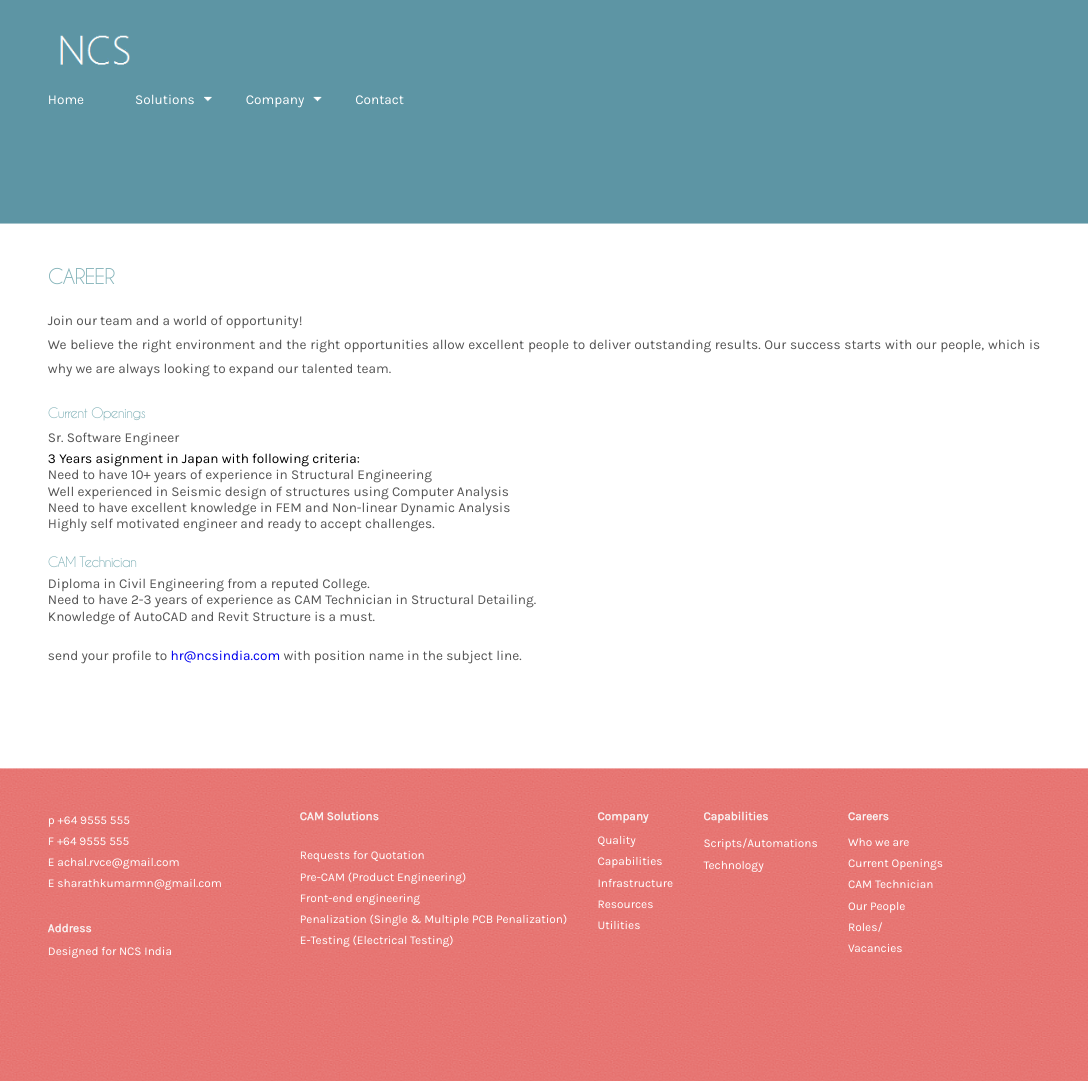
Repository: achalbi/NCS_demo
Page: public/Career.html
The author's editor kept a record of every edit. The page is drawn from the files as they stood at one moment, then again after the next edit.
The browser window is 1280 px wide. The pictures show the whole page, at 85% of full size.

Above is the page before.

### public/Career.html
<!--A Design by W3layouts
Author: W3layout
Author URL: http://w3layouts.com
License: Creative Commons Attribution 3.0 Unported
License URL: http://creativecommons.org/licenses/by/3.0/
-->
<!DOCTYPE HTML>
<html>
<head>
<title>NCS India | Career</title>
<meta http-equiv="Content-Type" content="text/html; charset=utf-8" />
<meta name="viewport" content="width=device-width, initial-scale=1, maximum-scale=1">
<link href='http://fonts.googleapis.com/css?family=Karla' rel='stylesheet' type='text/css'>
<link href="css/style.css" rel="stylesheet" type="text/css" media="all" />
<script src="js/jquery.min.js"></script>
</head>
<body>
<!-- start header -->
<div class="header_bg1">
<div class="wrap">
<div class="wrapper">
	<div class="logo">
		<a href="index.html"><img src="images/logo.png" alt=""/> </a>
	</div>
	<div class="menu">
		<a class="toggleMenu" href="#">Menu</a>
		<ul class="nav">
			<li><a href="index.html">Home</a></li>
			<li><a href="#">Solutions</a>
				<ul>
					<li><a href="CAM_Solutions.html">CAM </a></li>
					<li><a href="Software_Solutions.html">Software </a></li>
					<li><a href="Engineering_Solutions.html">Engineering </a></li>
				</ul>
			</li>
			<li><a href="#">Company</a>
				<ul>
					<li><a href="Quality.html">Quality</a></li>
					<li><a href="Career.html">Career</a></li>
					<li><a href="Capabilities.html">Capabilities</a></li>
				</ul>
			</li>
			<li><a href="contact.html">Contact</a></li>
		</ul>
		</div>
		<div class="clear"></div>
	 <script type="text/javascript" src="js/script.js"></script>
	<div class="clear"></div>
</div>
</div>
</div>
<!-- start content -->
<div class="content_bg">
<div class="wrap">
<div class="wrapper">
	<div class="main">
	  <h2 class="style1">CAREER</h2>
		<p class="para1">
        Join our team and a world of opportunity!<br>
        We believe the right environment and the right opportunities allow excellent people to deliver outstanding results. Our success starts with our people, which is why we are always looking to expand our talented team.
         </p>

        <p class="para1"><span class= "style1_sub"> Current Openings</span><br>
        <strong>Sr. Software Engineer</strong><br>
<ul class="para1">3 Years asignment in Japan with following criteria:
<li style="color: #555555;">Need to have 10+ years of experience in Structural Engineering</li>
<li style="color: #555555;">Well experienced in Seismic design of structures using Computer Analysis</li>
<li style="color: #555555;">Need to have excellent knowledge in FEM and Non-linear Dynamic Analysis</li>
<li style="color: #555555;">Highly self motivated engineer and ready to accept challenges.</li>
</ul>
        </p>

          <p class="para1"><span class= "style1_sub"> CAM Technician</span><br>
<ul class="para1">
<li style="color: #555555;">Diploma in Civil Engineering from a reputed College.</li>
<li style="color: #555555;">Need to have 2-3 years of experience as CAM Technician in Structural Detailing.</li>
<li style="color: #555555;">Knowledge of AutoCAD and Revit Structure is a must.</li>
</ul>
        </p>
     <p class="para1">send your profile to <a href="mailto:hr@ncsindia.co">hr@ncsindia.com</a> with position name in the subject line.</p>
    </div>
</div>
</div>
</div>
<!-- start footer -->
<div class="footer_bg">
<div class="wrap">
<div class="wrapper">
<div class="clear">
	<div class="f_grid">
		<div class="grid1_of_1">
			<div class="address">
				<p>p +64 9555 555</p>
				<p>F +64 9555 555</p>
				<p>E <a href="">achal.rvce@gmail.com</a> </p>
				<p>E <a href="">sharathkumarmn@gmail.com</a> </p>
				<h3 class="top">Address</h3>
				<p class="top">Designed for <a href="http://www.ncs-india.com/"> NCS India</a></p>
			</div>
		</div>
		<div class="grid1_of_2">
			<div class="f_grid2 left">
				<h3>CAM Solutions</h3>
				<ul class="f_nav">
					<li><a href="">Requests for Quotation </a></li>
					<li><a href="">Pre-CAM (Product Engineering) </a></li>
					<li><a href="">Front-end engineering</a></li>
					<li><a href="">Penalization (Single & Multiple PCB Penalization)</a></li>
					<li><a href="">E-Testing (Electrical Testing)</a></li>
				</ul>
			</div>
			<div class="f_grid2 left">
			<h3>Company</h3>
			<ul class="f_nav">
				<li><a href="">Quality</a></li>
				<li><a href="">Capabilities</a></li>
				<li><a href="">Infrastructure</a></li>
				<li><a href="">Resources</a></li>
				<li><a href="">Utilities</a></li>
			</ul>
			</div>
			<div class="f_grid2 left hide">
			<h3>Capabilities</h3>
			<ul class="f_nav">
				<li><a href="">Scripts/Automations</a></li>
				<li><a href="">Technology</a></li>
			</ul>
			</div>
			<div class="f_grid2 left hide">
			<h3>Careers</h3>
			<ul class="f_nav">
				<li><a href="">Who we are</a></li>
				<li><a href="">Current Openings</a></li>
				<li><a href="">CAM Technician</a></li>
				<li><a href="">Our People</a></li>
				<li><a href="">Roles/</a></li>
				<li><a href="">Vacancies</a></li>
			</ul>
			</div>
		</div>
		<div class="clear"></div>
	</div>
	</div>
</div>
</div>
</div>
</body>
</html>

### public/css/style.css
/*
Author: W3layout
Author URL: http://w3layouts.com
License: Creative Commons Attribution 3.0 Unported
License URL: http://creativecommons.org/licenses/by/3.0/
*/
/* reset */
html,body,div,span,applet,object,iframe,h1,h2,h3,h4,h5,h6,p,blockquote,pre,a,abbr,acronym,address,big,cite,code,del,dfn,em,img,ins,kbd,q,s,samp,small,strike,strong,sub,sup,tt,var,b,u,i,dl,dt,dd,ol,nav ul,nav li,fieldset,form,label,legend,table,caption,tbody,tfoot,thead,tr,th,td,article,aside,canvas,details,embed,figure,figcaption,footer,header,hgroup,menu,nav,output,ruby,section,summary,time,mark,audio,video{margin:0;padding:0;border:0;font-size:100%;font:inherit;vertical-align:baseline;}
article, aside, details, figcaption, figure,footer, header, hgroup, menu, nav, section {display: block;}
ol,ul{list-style:none;margin:0;padding:0;}
blockquote,q{quotes:none;}
blockquote:before,blockquote:after,q:before,q:after{content:'';content:none;}
table{border-collapse:collapse;border-spacing:0;}
/* start editing from here */
a{text-decoration:none;}
.txt-rt{text-align:right;}/* text align right */
.txt-lt{text-align:left;}/* text align left */
.txt-center{text-align:center;}/* text align center */
.float-rt{float:right;}/* float right */
.float-lt{float:left;}/* float left */
.clear{clear:both;}/* clear float */
.pos-relative{position:relative;}/* Position Relative */
.pos-absolute{position:absolute;}/* Position Absolute */
.vertical-base{	vertical-align:baseline;}/* vertical align baseline */
.vertical-top{	vertical-align:top;}/* vertical align top */
.underline{	padding-bottom:5px;	border-bottom: 1px solid #eee; margin:0 0 20px 0;}/* Add 5px bottom padding and a underline */
nav.vertical ul li{	display:block;}/* vertical menu */
nav.horizontal ul li{	display: inline-block;}/* horizontal menu */
img{max-width:100%;}
/*end reset*/
@font-face {
      font-family: 'caviar_dreamsregular';
      src: url(../fonts/CaviarDreams-webfont.ttf) format('truetype');
}
body {
	font-family: 'Karla', sans-serif;
	font-size: 100%;
	background: #ffffff;
}
.wrap{
	margin:0 auto;
	width:80%;
}
.wrapper{
	padding:2% 6%;
}
/* start header */
.header_bg{
	background: url('../images/bg.jpg') no-repeat;
}
.logo {
	position: absolute;
	top: 10px;
	left: 10px;
}
/* start menu */
.menu{
	float: left;
	margin-left: -40px;
}
.toggleMenu {
    display:  none;
    background: rgba(29, 82, 99, 0.22);
    padding: 10px 15px;
    width: 100%;
    color: #fff;
}
.nav {
    list-style: none;
     *zoom: 1;
}
.nav:before,
.nav:after {
    content: " ";
    display: table;
}
.nav:after {
    clear: both;
}
.nav ul {
    list-style: none;
    width: 9em;
}
.nav li a {
  padding: 10px 20px 10px 40px;
    color:#fff;
    font-size: 16px;
}
.nav li {
    position: relative;
}
.nav > li {
    float: left;
}
.nav > li > .parent {
    background-image: url("../images/down_arrow.png");
    background-repeat: no-repeat;
    background-position: right;
}
.nav > li > a {
    display: block;
}
.nav > li > a:hover{
	color: rgb(241, 241, 241);
}
.nav li  ul {
    position: absolute;
    left: -9999px;
}
.nav > li.hover > ul {
    left: 40px;
}
.nav li li.hover ul {
    left: 100%;
    top: 0;
    -webkit-transition: background .2s linear;
	-moz-transition: background .2s linear;
	-ms-transition: background .2s linear;
	-o-transition:  background .2s linear;
	transition: background .2s linear;
}
.nav li li a {
	padding: 10px;
	display: block;
	color: rgba(255, 255, 255, 0.81);
	background: rgba(255, 255, 255, 0.16);
	position: relative;
	z-index: 100;
	border-top: 1px solid rgba(233, 233, 233, 0.09);
	-webkit-transition: all 0.3s ease-out;
	-moz-transition: all 0.3s ease-out;
	-ms-transition: all 0.3s ease-out;
	-o-transition: all 0.3s ease-out;
	transition: all 0.3s ease-out;
}
.nav li li li a {
    background:#249578;
    z-index:200;
    border-top: 1px solid #1d7a62;
}
.nav li li a:hover{
	background: #f6f6f6;
	color: #4D8194;
}


@media screen and (max-width: 768px) {
	.logo{
		float: none;
	}
	.menu{
		float: none;
		margin-left: 0;
	}
	.nav {
		background: rgba(255, 255, 255, 0.22);
	}
    .active {
        display: block;
    }
    .nav > li {
        float: none;
    }
    .nav > li > .parent {
        background-position: 95% 50%;
    }
    .nav li li .parent {
        background-image: url("images/downArrow.png");
        background-repeat: no-repeat;
        background-position: 95% 50%;
    }
    .nav ul {
        display: block;
        width: 100%;
    }
   .nav > li.hover > ul , .nav li li.hover ul {
        position: static;
    }
}
/* start banner_text */
.banner{
	width: 42%;
	margin: 8% 0 44%;
}
h2.style{
	font-family: 'caviar_dreamsregular';
	font-size: 3.0em;
	color: #ffffff;
	text-shadow: 0 1px 0 rgb(34, 55, 60);
	line-height: 1.2em;

}
p.para{
	margin-top:4%;
	font-family: 'caviar_dreamsregular';
	font-size: 1em;
	color: #fff;
	text-shadow: 0 1px 0 rgb(152, 153, 153);
	line-height: 1.8em;
}
/* start main */
.mait_bg{
	background: #ffffff;
}
.main{
	margin: 2% 0 8%;
}
h3.style{
	font-size:1.5em;
	color:#FE9E2E;
}
h4.style{
	font-size:1.6em;
	color:#FE9E2E;
}
p.para1{
	margin-top:2%;
	font-size:1em;
	color: #555555;
	line-height: 1.8em;
	text-align: justify;
    text-justify: inter-word;
}
/* Circular Content Carousel Style */
.ca-container{
	position: relative;
	width: 100%;
	height: 350px;
}
.ca-wrapper{
	width:100%;
	height:100%;
	position:relative;
}
.ca-item{
	position:relative;
	float:left;
	width:100%;
	height:100%;
	text-align:center;
}
.ca-close{
	position:absolute;
	top:10px;
	right:10px;
	background:url(../images/cross.png) no-repeat center center;
	width:27px;
	height:27px;
	text-indent:-9000px;
	outline:none;
	opacity:0.7;
}
.ca-close:hover{
	opacity:1.0;
}
.ca-item-main{
	position: absolute;
	top: 0px;
	left: 0px;
	overflow: hidden;
}
.ca-item h4{
	position: relative;
	color: #999;
	margin: 0.8em 0;
	line-height: 1.8em;
	font-weight: 300;
	font-size: 0.75em;
}
.ca-item h4 span{
	display: block;
}
.ca-item h4  span.quote{
	margin: 2% 0 0 26%;
}
.ca-nav span{
	width:35px;
	height:35px;
	background:#FF992B url(../images/arrows.png) no-repeat top left;
	position:absolute;
	top:84%;
	left:76%;
	text-indent:-9000px;
	cursor:pointer;
	z-index:100;
}
.ca-nav span.ca-nav-next{
	background-position:top right;
	left:auto;
	right:4px;
}
.ca-nav span:hover{
	opacity:1.0;
}
/* start span_1_of_2 */
.span1_of_1{
	width: 26.333%;
	float:left;
	border-right: 1px solid rgb(231, 231, 231);
}
.span1_of_1.left{
	padding-right: 4%;
}
.span1_of_2{
	width: 64.333%;
	float:left;
	padding-left: 4%;
}
.span1_of_1 span{
	color: #FE9E2E;
	font-size: 2em;
	line-height: 1.4em;
	text-align: left;
}
.span1_of_1 span.left{
	margin-left: 50%;
}
/* start footer */
.footer_bg{
	background: url('../images/ftr_bg.png');
}
.f_grid{
	display: block;
	margin: 2% 0 10%;
}
.grid1_of_1{
	float: left;
	width: 24.3333%;
}
.grid1_of_2{
	float: left;
	width: 74.3333%;
}
.address p{
	color: #ffffff;
	font-size:0.8725em;
	line-height: 1.8em;
}
.address p a{
	color: #ffffff;
	margin-top: 10px;
}
.address h3{
	font-size:14px;
	color: #ffffff;
	-webkit-text-stroke: 0.4px;
	-webkit-text-stroke-color: #f6f6f6;
}
.address h3.top{
	margin-top: 12%;
}
.address p.top{
	margin-top: 2%;
}
.address p a:hover{
	color: rgb(241, 241, 241);
}
.f_grid2 {
	float: left;
}
.f_grid2.left{
	margin-left: 8%;
}
.f_grid2 h3{
	font-size: 14px;
	color: #ffffff;
	-webkit-text-stroke: 0.4px;
	-webkit-text-stroke-color: #f6f6f6;
}
.f_nav{
	margin-top: 8%;
}
.f_nav li a{
	color: #ffffff;
	font-size:0.8725em;
	line-height: 1.8em;
}
.f_nav li a:hover{
	color: rgb(241, 241, 241);
}
/* start commercial */
.header_bg1{
	background: #5D95A4;
	padding: 0% 0 8%;
}
.commercial{
	margin: 6% 0;
}
/*  GRID OF THREE */
.grid_1_of_3{
	display: block;
	margin-left: 4%;
}
.grid_1_of_3:first-child {
	margin-left: 0;
}
.images_1_of_3 {
	float:left;
	width:30.333%;
}
.images_1_of_3  img {
	margin: 10% 0 6%;
}
.images_1_of_3 img {
	box-shadow: 0px 40px 20px -40px rgb(133, 133, 133);
	-webkit-box-shadow: 0px 40px 20px -40px rgb(133, 133, 133);
	-moz-box-shadow: 0px 40px 20px -40px rgb(133, 133, 133);
	-o-box-shadow: 0px 40px 20px -40px rgb(133, 133, 133);
}
h2.style1{
	font-family: 'caviar_dreamsregular';
	font-size:1.5em;
	color: #84B3B9;
	text-shadow: 0 1px 0 rgb(255, 255, 255);
	line-height: 1.2em;
	letter-spacing: -1px;
}
.style1_sub{
	font-family: 'caviar_dreamsregular';
	font-size:1em;
	color: #84B3B9;
	text-shadow: 0 1px 0 rgb(255, 255, 255);
	line-height: 1.2em;
	letter-spacing: -1px;
}
.images_1_of_3 p{
	margin-top: 4%;
}
.rd_more{
	margin-top: 8%;
}
.btn {
	border: none;
	font-family: inherit;
	font-size: inherit;
	color: inherit;
	background: none;
	cursor: pointer;
	padding: 25px 80px;
	display: inline-block;
	text-transform: uppercase;
	outline: none;
	position: relative;
	-webkit-transition: all 0.3s;
	-moz-transition: all 0.3s;
	transition: all 0.3s;
}
.btn:after {
	content: '';
	position: absolute;
	z-index: -1;
	-webkit-transition: all 0.3s;
	-moz-transition: all 0.3s;
	transition: all 0.3s;
}
/* Button 1 */
.btn-1 {
	border: 1px solid #84B3B9;
	color: #84B3B9;
}
/* Button 1a */
.btn-1a:hover,.btn-1a:active {
	color: #ffffff;
	background: #84B3B9;
}

/* start industrail */
.listimg{
	display: block;
}
.listview_1_of_2{
	margin: 6% 0;
}
.listimg_2_of_1 {
	float:left;
	width: 38.33333%;
	margin-right: 4.33333%;
}
.list_2_of_1 {
	float:left;
	width: 56.33333%;
}
.listimg_2_of_1 img{
	margin-top: 2%;
}
.images_1_of_2  img {
	max-width:100%;
	display:block;
}
.list_2_of_1 h3 span{
	color: #80B88C;
}
.rd_more1{
	margin-top: 3%;
}
/*gallery*/
.gallery{
	margin-top: 4%;
}
.gallery h2{
	margin-bottom: 4%;
}
.lb-album{
	display:block;
}
.lb-album.top{
	margin-top: 6%;
}
.lb-album li{
	float: left;
	width: 21.333%;
	margin:0 0 4% 4%;
	position: relative;
}
.lb-album li:first-child{
	margin-left:0;
}
.lb-album li > a,
.lb-album li > a img{
	display: block;
}
.lb-album li > a{
	position: relative;
}
.lb-album li > a span{
	position: absolute;
	bottom:70px;
	left:110px;
	width:36px;
	height:36px;
	opacity: 0;
	-webkit-transition: opacity 0.3s linear;
	-moz-transition: opacity 0.3s linear;
	-o-transition: opacity 0.3s linear;
	-ms-transition: opacity 0.3s linear;
	transition: opacity 0.3s linear;
}
.lb-album li > a img:hover{
	opacity:0.6;
}
.lb-album li > a:hover span{
	opacity:1;
	background:url(../images/zoom.png) no-repeat;
	filter: alpha(opacity=99); /* internet explorer */
    -ms-filter:"progid:DXImageTransform.Microsoft.Alpha(opacity=99)"; /*IE8*/
}
.lb-overlay{
	width: 0px;
	height: 0px;
	position: fixed;
	overflow: hidden;
	left: 0px;
	top: 0px;
	padding: 0px;
	z-index: 99;
	text-align: center;
	background:rgba(24, 23, 23, 0.91);
}
.lb-overlay a.lb-close{
	background: rgba(27,54,81,0.8);
	z-index: 1001;
	position: absolute;
	right: 29%;
	top: 6%;
	width: 36px;
	height: 36px;
	background:url('../images/close.png') no-repeat;
	overflow: hidden;
	opacity: 0;
	filter: alpha(opacity=0); /* internet explorer */
    -ms-filter:"progid:DXImageTransform.Microsoft.Alpha(opacity=0)";
	-webkit-transition: opacity 0.3s linear 1.2s;
	-moz-transition: opacity 0.3s linear 1.2s;
	-o-transition: opacity 0.3s linear 1.2s;
	-ms-transition: opacity 0.3s linear 1.2s;
	transition: opacity 0.3s linear 1.2s;
}
.lb-overlay img{
	position: relative;
}
.lb-overlay:target {
	width: auto;
	height: auto;
	bottom: 0px;
	right: 0px;
	padding: 80px 100px 120px 100px;
}
.lb-overlay:target img {
	-webkit-animation: scaleDown 1.2s ease-in-out;
	-moz-animation: scaleDown 1.2s ease-in-out;
	-o-animation: scaleDown 1.2s ease-in-out;
	-ms-animation: scaleDown 1.2s ease-in-out;
	animation: scaleDown 1.2s ease-in-out;
}
.lb-overlay:target a.lb-close,
.lb-overlay:target > div{
	opacity: 1;
	filter: alpha(opacity=99); /* internet explorer */
    -ms-filter:"progid:DXImageTransform.Microsoft.Alpha(opacity=99)"; /*IE8*/
}
@-webkit-keyframes scaleDown {
  0% { -webkit-transform: scale(10,10); opacity: 0; }
  100% { -webkit-transform: scale(1,1); opacity: 1; }
}
@-moz-keyframes scaleDown {
  0% { -moz-transform: scale(10,10); opacity: 0; }
  100% { -moz-transform: scale(1,1); opacity: 1; }
}
@-o-keyframes scaleDown {
  0% { -o-transform: scale(10,10); opacity: 0; }
  100% { -o-transform: scale(1,1); opacity: 1; }
}
@-ms-keyframes scaleDown {
  0% { -ms-transform: scale(10,10); opacity: 0; }
  100% { -ms-transform: scale(1,1); opacity: 1; }
}
@keyframes scaleDown {
  0% { transform: scale(10,10); opacity: 0; }
  100% { transform: scale(1,1); opacity: 1; }
}
x:-o-prefocus, .lb-overlay img {
    height: 100%;
}
/*start Contact*/
.contact{
	display: block;
}
.contact_info{
	float: right;
	width: 64.33333%;
}
.map {
	margin-top: 4%;
}
.company_address {
	float: left;
	margin-right: 3%;
	width: 32.3333%;
}
.span_1_of_2 h2{
	margin-bottom: 0.5em;
}
.contact-form{
	position:relative;
	margin-top: 2%;
}
.contact-form div{
	padding:8px 0;
}
.contact-form span label{
	color: #555555;
	display:block;
	font-size: 0.8725em;
	padding-bottom:5px;
}
.company_address p{
	padding:2px 0;
	font-size: 1em;
	color: #555555;
	line-height: 1.8em;
}
.company_address p span{
	color: #84B3B9;
	cursor:pointer;
}
.company_address p span:hover{
	color: #555555;
	-webkit-transition:0.5s;
	-moz-transition:0.5s;
	-o-transition:0.5s;
	transition:0.5s;
}
.contact-form form{
	margin-top: 10px;
}
.contact-form input[type="text"],.contact-form textarea{
	font-family: 'Karla', sans-serif;
	font-size: 0.8725em;
	color: #555555;
	padding:12px 8px;
	display: block;
	width: 98%;
	background: #FFFFFF;
	border: 1px solid rgba(226, 226, 226, 1);
	outline: none;
	-webkit-appearance: none;
}
.contact-form textarea{
	resize:none;
	height:120px;
}
.contact-form input[type="text"]:focus,.contact-form textarea:focus{
	-webkit-transition:0.9s;
	-o-transition:0.9s;
	-moz-transition:0.9s;
	transition:0.9s;
	box-shadow: 0px 0px 1px rgba(154, 153, 162, 0.69);
	-webkit-box-shadow:0px 0px 1px rgba(154, 153, 162, 0.69);
	-moz-box-shadow0px 0px 1px rgba(154, 153, 162, 0.69);
	-o-box-shadow: 0px 0px 1px rgba(154, 153, 162, 0.69);
}
.contact-form input[type="submit"]{
	font-size:1em;
	border: 1px solid #84B3B9;
	color: #84B3B9;
	font-family: inherit;
	cursor: pointer;
	padding: 25px 80px;
	display: inline-block;
	text-transform: uppercase;
	outline: none;
	position: relative;
	-webkit-transition: all 0.3s;
	-moz-transition: all 0.3s;
	transition: all 0.3s;
	background: none;
	outline: none;
}
.contact-form input[type="submit"]:hover{
	color: #ffffff;
	background: #84B3B9;
}
/* start details*/
.det_pic{
	margin: 2% 0;
}

/***** Media Quries *****/
@media only screen and (max-width: 1366px) {
	.wrap{
		width:95%;
	}
	.banner {
		width: 45%;
	}
	.ca-nav span {
		width: 34px;
		height: 34px;
		left: 75%;
	}
	.f_grid2.left {
		margin-left: 6%;
	}
	.grid1_of_1 {
		width: 22.3333%;
	}
	.grid1_of_2 {
		width: 76.3333%;
	}
}
@media only screen and (max-width: 1280px) {
	.wrap{
		width:95%;
	}
	.wrapper{
		padding: 2% 2%;
	}
	.banner {
		width: 50%;
	}
	.ca-nav span {
		width: 34px;
		height: 34px;
		left: 74%;
	}
	.f_grid2.left {
		margin-left: 4%;
	}
	.logo{
		position: inherit;
	}
}
@media only screen and (max-width: 1024px) {
	.wrap{
		width:95%;
	}
	.logo {
		position: inherit;
		top: 0px;
		left:0px;
		text-align: left;
	}
	.banner {
		width: 66%;
	}
	.f_grid2.left {
		margin-left: 2%;
	}
	.nav li a {
		padding: 10px 20px 10px 30px;
	}
	.ca-nav span {
		left: 64%;
		top: 100%;
	}
}
@media only screen and (max-width: 800px) {
	.wrap{
		width:95%;
	}
	.banner {
		width: 74%;
	}
	h2.style1 {
		font-size: 1.5em;

	}
	.btn {
		padding: 20px 60px;
	}
}
@media only screen and (max-width: 640px){
	.wrap{
		width:95%;
	}
	.span1_of_1 {
		width: 99.333%;
		float: none;
		border-right: none;
	}
	.span1_of_2{
		width: 99.333%;
		float: none;
		padding-left: 0;
	}
	.ca-nav span {
		left: 86%;
		top: 74%;
	}
	.ca-container {
		height: 220px;
	}
	.address h3.top {
		margin-top: 2%;
	}
	.f_grid2.left {
		margin-left: 4%;
	}
	.grid1_of_1 {
		width: 30.3333%;
	}
	.grid1_of_2 {
		float:none;
		width: 99.3333%;
	}
	.hide{
		display: none;
	}
	.menu{
		margin-left: 0;
	}
	.toggleMenu {
	    width: 95%;
	    margin: 0 auto;
	}
	.logo {
		text-align: center;
	}
	.toggleMenu {
		background: rgba(29, 82, 99, 0.22);
	}
	.nav {
		background: rgba(255, 255, 255, 0.22);
	}
	.banner {
		width: 82%;
	}
	.images_1_of_3 {
		float: none;
		width: 99.333%;
		margin-top: 4%;
	}
	.grid_1_of_3 {
		display: block;
		margin-left: 0%;
	}
	.listimg_2_of_1 {
		float: none;
		width: 99.33333%;
		margin-right: 0%;
	}
	.list_2_of_1 {
		float: none;
		width: 99.33333%;
	}
	.company_address {
		float: none;
		margin-right: 0%;
		width: 99.3333%;
	}
	.contact_info {
		float: none;
		width: 99.33333%;
	}
	.rd_more {
		margin-top: 4%;
	}
	.images_1_of_3 img {
		margin: 0% 0 0%;
	}
}
@media only screen and (max-width: 480px) {
	.wrap{
		width:95%;
	}
	.banner {
		width: 99%;
	}
	.ca-nav span {
		left: 83%;
	}
	.grid1_of_1{
		float: none;
		width:100%;
	}
	.grid1_of_2{
		float: none;
		width:100%;
	}
	.f_grid2{
		float:none;
	}
	.f_grid2.left{
		margin: 4% 0% 0 0;
	}
	.f_nav {
		margin-top: 2%;
	}
	.toggleMenu {
	    width: 92%;
	 }
	 h2.style {
		font-size: 2.5em;

	}
	.lb-album li {
		width: 45.333%;
		padding: 2%;
		margin: 0 0 4% 0%;
	}
}
@media only screen and (max-width: 320px) {
	.wrap{
		width:95%;
	}
	.toggleMenu {
	    width: 90%;
	 }
	 .ca-nav span {
		left: 75%;
		top: 100%;
	}
	.ca-container {
		height: 220px;
	}
	.span1_of_2 {
		margin-top: 20%;
	}
	 h2.style {
		font-size: 2em;
	}
}

Loaded but not shown: public/js/jquery.min.js (library); public/js/script.js (49 lines, source omitted)

After the next edit:
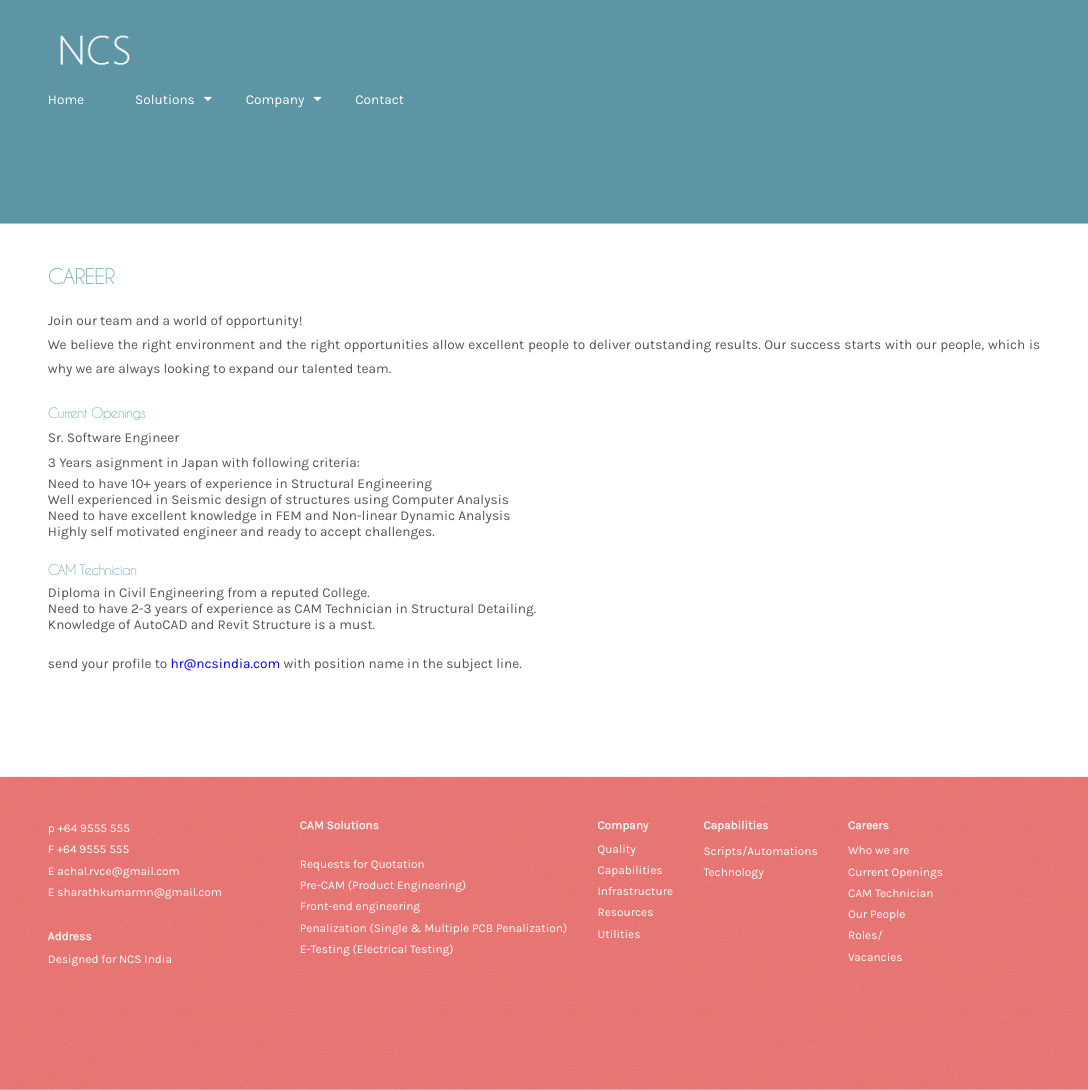
The edit:
--- a/public/Career.html
+++ b/public/Career.html
@@ -62,7 +62,10 @@
 
         <p class="para1"><span class= "style1_sub"> Current Openings</span><br>
         <strong>Sr. Software Engineer</strong><br>
-<ul class="para1">3 Years asignment in Japan with following criteria:
+
+        	3 Years asignment in Japan with following criteria:
+        </p>
+<ul class="para1">
 <li style="color: #555555;">Need to have 10+ years of experience in Structural Engineering</li>
 <li style="color: #555555;">Well experienced in Seismic design of structures using Computer Analysis</li>
 <li style="color: #555555;">Need to have excellent knowledge in FEM and Non-linear Dynamic Analysis</li>
